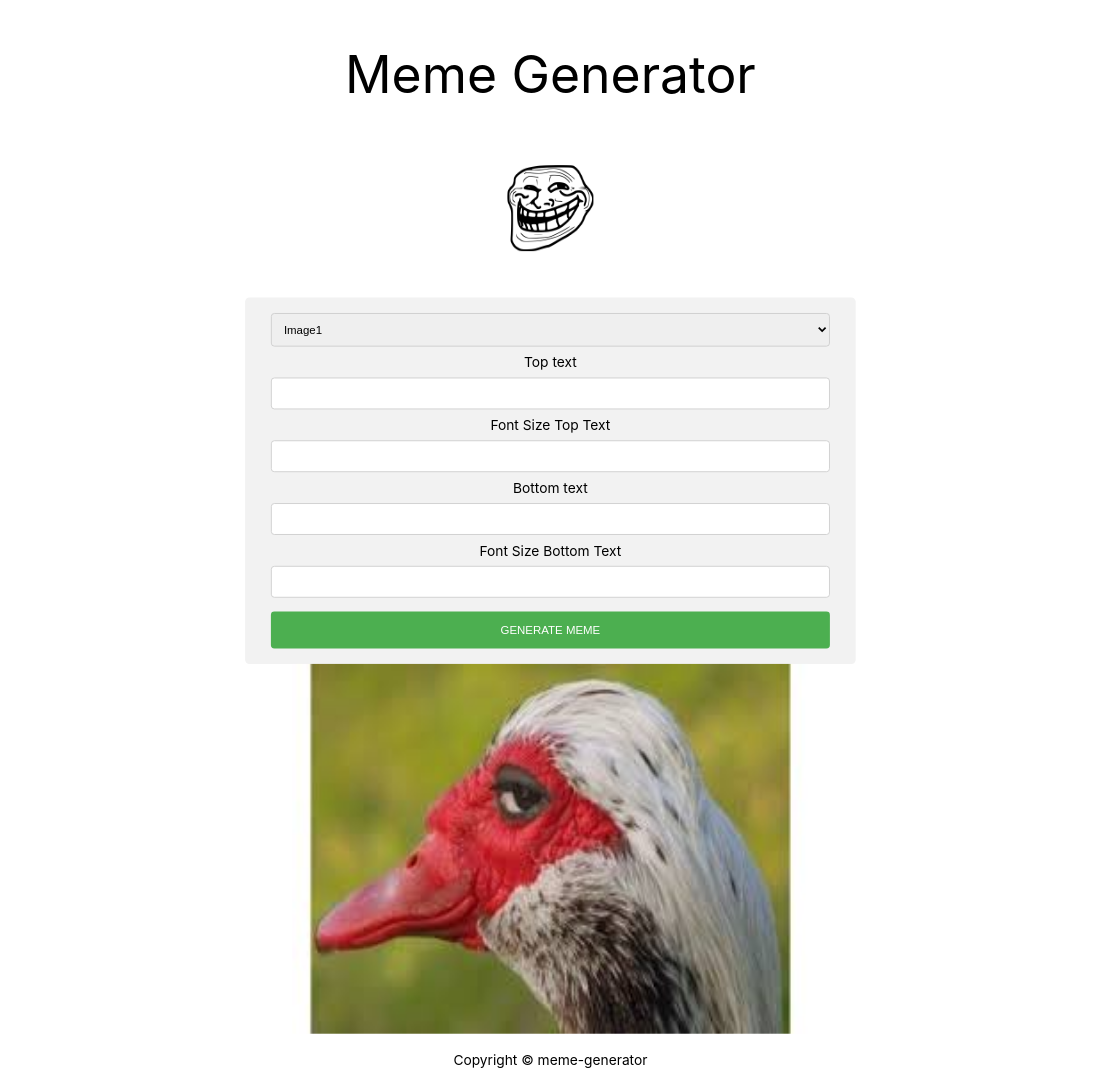
Repository: JivkoJelev91/Meme-Generator
Page: /
An editor plug-in stored every save of this project. The page is shown before and after the next save, followed by the edit.
The browser window is 1280 px wide. The pictures show the whole page, at 86% of full size.
The project was rebuilt for these pictures with package versions that can differ from the ones it lists, and the page was loaded fresh each time.

Above is the page before, as saved 2018-10-11 14:58:38.

After the next save:
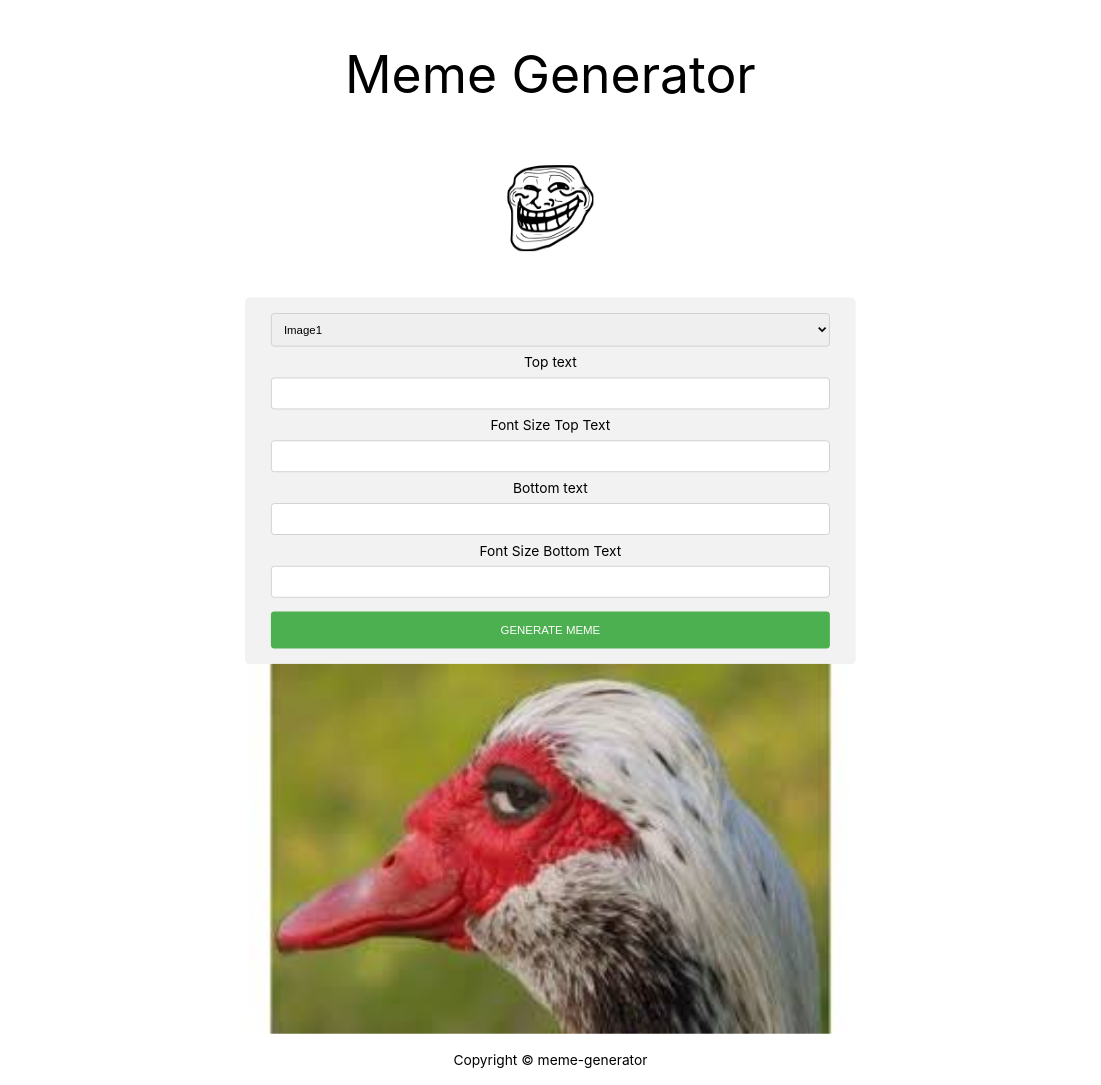
Saved 6 s later.
--- a/src/App.css
+++ b/src/App.css
@@ -60,7 +60,7 @@ input[type=text],input[type=number], select{
 
 .pictureContainer{
   position: relative;
-  max-width: 600px;
+  max-width: 700px;
   height: 430px;
   width:100%;
   width: 100%;
